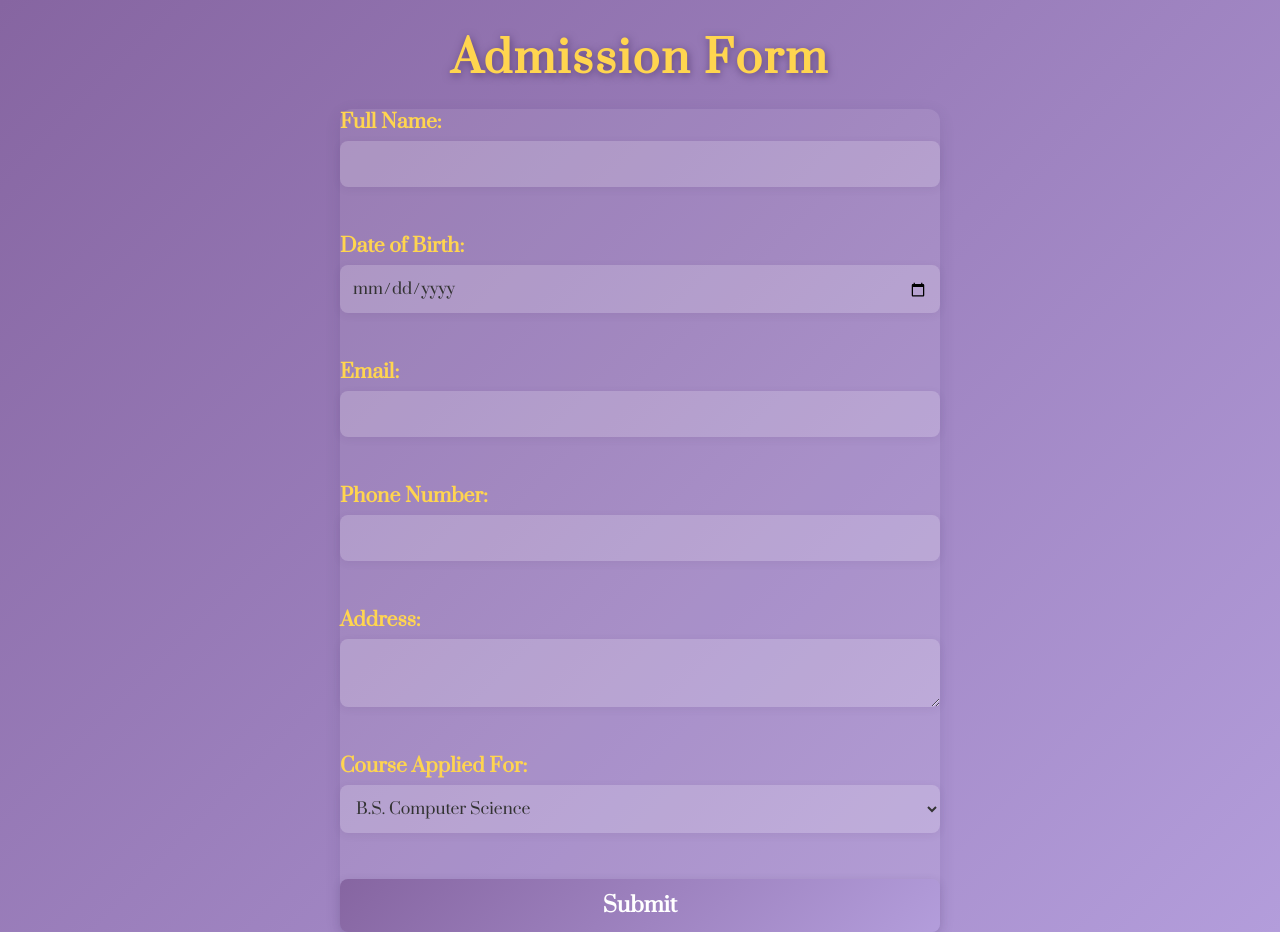
Repository: moinakhere/kelani_university
Page: admission.html
These files come from the project's save history. The page is drawn as it stood at one moment and after the next save; the edit follows.
The browser window is 1280 px wide. The pictures show the whole page.

Above is the page before, as saved 2025-08-04 21:51:33.

### admission.html
<!DOCTYPE html>
<html>
<head>
    <meta charset="UTF-8">
    <meta name="viewport" content="width=device-width, initial-scale=1.0">
    <link rel="stylesheet" href="css/comppage.css">
</head>
<body class="form-body">
    <h1 class="form-head">Admission Form</h1>
    <form class="form">
        <label for="fullname">Full Name:</label>
        <input type="text" id="fullname" name="fullname" required><br><br>

        <label for="dob">Date of Birth:</label>
        <input type="date" id="dob" name="dob" required><br><br>

        <label for="email">Email:</label>
        <input type="email" id="email" name="email" required><br><br>

        <label for="phone">Phone Number:</label>
        <input type="tel" id="phone" name="phone" required><br><br>

        <label for="address">Address:</label>
        <textarea id="address" name="address" required></textarea><br><br>

        <label for="course">Course Applied For:</label>
        <select>
            <option value="compsc">B.S. Computer Science</option>
            <option value="math">B.S. Mathematics</option>
            <option value="bot">B.S. Botany</option>
            <option value="zoo">B.S. Zoology</option>
            <option value="phy">B.S. Physics</option>
            <option value="chem">B.S. Chemistry</option>
            <option value="stat">B.S. Statistics</option>
        </select><br><br>

        <input type="submit" value="Submit">
    </form>
</body>
</html>

### css/comppage.css
@import url('https://fonts.googleapis.com/css2?family=Courier+Prime:ital,wght@0,400;0,700;1,400;1,700&display=swap');
@import url('https://fonts.googleapis.com/css2?family=Courier+Prime:ital,wght@0,400;0,700;1,400;1,700&family=Prata&display=swap');
/*
Comp Pages CSS
*/
body {
    background: linear-gradient(135deg, #8665A1 0%, #B39DDB 100%);
    color: #fff;
    font-family: 'Courier Prime', monospace;
    margin: 0;
    padding: 0;
    height: 100%;
}

.container {
    max-width: 800px;
    margin: 40px auto;
    background: rgba(4, 207, 190, 0.9);
    border-radius: 18px;
    box-shadow: 0 8px 32px rgba(60, 40, 90, 0.25);
    padding: 40px 32px;
}

h1 {
    font-size: 5em;
    margin-bottom: 0.5em;
    letter-spacing: 2px;
    text-align: center;
    color: #FFD54F;
    text-shadow: 1px 2px 8px #5e437a;
}

p {
    font-size: 1.5em;
    line-height: 1.25;
    margin-bottom: 1.2em;
}

li {
    font-size: 1.5em;
    line-height: 1.25;
    margin-bottom: 1.2em;
}

@media (max-width: 600px) {
    .container {
        padding: 18px 8px;
    }

    h1 {
        font-size: 2em;
    }

    p {
        font-size: 1em;
    }
}
/*
Admission Form CSS
*/
.form {
    display: flex;
    flex-direction: column;
    background: rgba(255,255,255,0.08);
    max-width: 600px;
    border-radius: 12px;
    box-shadow: 0 4px 16px rgba(60, 40, 90, 0.12);
    margin: 0px auto;
}

.form label {
    font-size: 1.1em;
    color: #FFD54F;
    margin-bottom: 6px;
    font-weight: bold;
}

.form input,
.form textarea,
.form select {
    padding: 12px;
    border-radius: 8px;
    border: none;
    font-size: 0.9em;
    font-family: inherit;
    background: rgba(255,255,255,0.18);
    color: #333;
    transition: background 0.2s, box-shadow 0.2s;
    box-shadow: 0 2px 8px rgba(60, 40, 90, 0.08);
}

.form input:focus,
.form textarea:focus,
.form select:focus {
    background: #fff;
    outline: none;
    box-shadow: 0 0 0 2px #8665A1;
}

.form button,
.form input[type="submit"] {
    padding: 12px 24px;
    border-radius: 8px;
    border: none;
    background: linear-gradient(135deg, #8665A1 0%, #B39DDB 100%);
    color: #fff;
    font-size: 1.2em;
    font-weight: bold;
    cursor: pointer;
    transition: background 0.2s, box-shadow 0.2s;
    box-shadow: 0 2px 8px rgba(60, 40, 90, 0.15);
}

.form button:hover,
.form input[type="submit"]:hover {
    background: linear-gradient(135deg, #B39DDB 0%, #8665A1 100%);
    box-shadow: 0 4px 16px rgba(60, 40, 90, 0.18);
}
.form-body {
    background: linear-gradient(135deg, #8665A1 0%, #B39DDB 100%);
    color: #fff;
    font-family: "Prata",serif;
    font-size: 1.1em;
    margin: 0;
    padding: 0;
    height: 100%;
}
.form-head {
    text-align: center;
    font-size: 2.5em;
    margin-bottom: 20px;
    color: #FFD54F;
    text-shadow: 1px 2px 8px #5e437a;
}

After the next save:
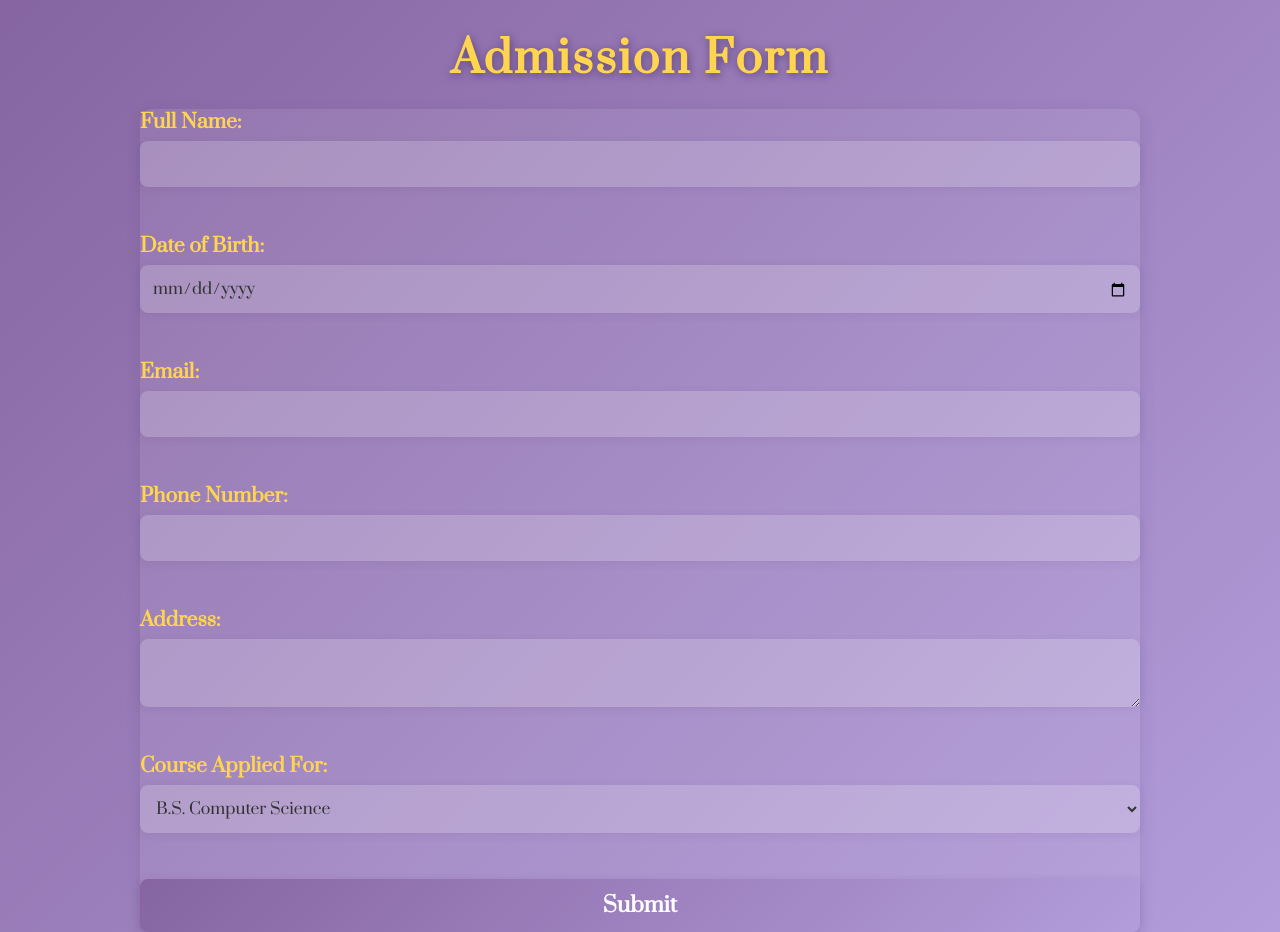
Saved 3 min 10 s later.
--- a/css/comppage.css
+++ b/css/comppage.css
@@ -62,7 +62,8 @@ Admission Form CSS
     display: flex;
     flex-direction: column;
     background: rgba(255,255,255,0.08);
-    max-width: 600px;
+    max-width: 1000px;
+    max-height: fit-content;
     border-radius: 12px;
     box-shadow: 0 4px 16px rgba(60, 40, 90, 0.12);
     margin: 0px auto;
